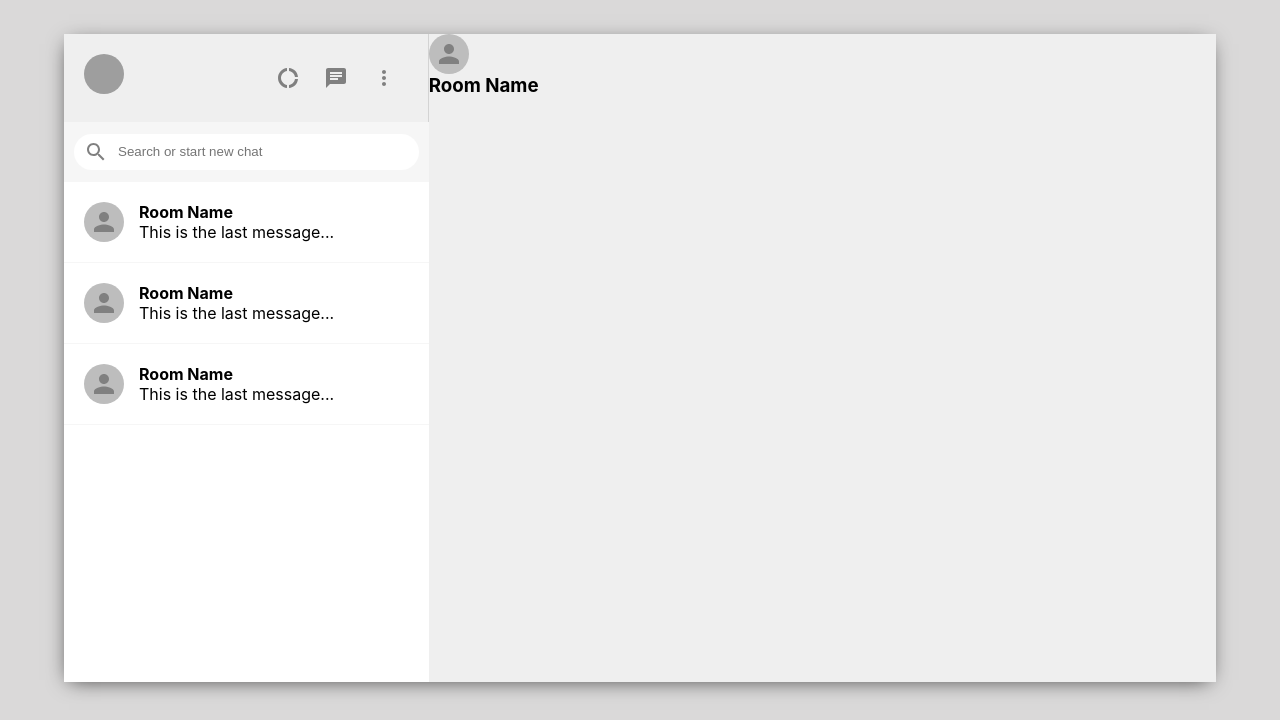
Repository: BogoGit/clone-whatsapp
Page: / (app in whatsapp-front/)
The author's editor kept a copy of each file at every save. The page is drawn from the files as they stood at one save, then again after the next save.
The browser window is 1280 px wide. The pictures show the whole page.
Pictures or frames that could not be fetched are drawn as grey boxes. The project was rebuilt for these pictures with package versions that can differ from the ones it lists, and the page was loaded fresh each time.

Above is the page before, as saved 2020-11-18 21:00:45.

After the next save:
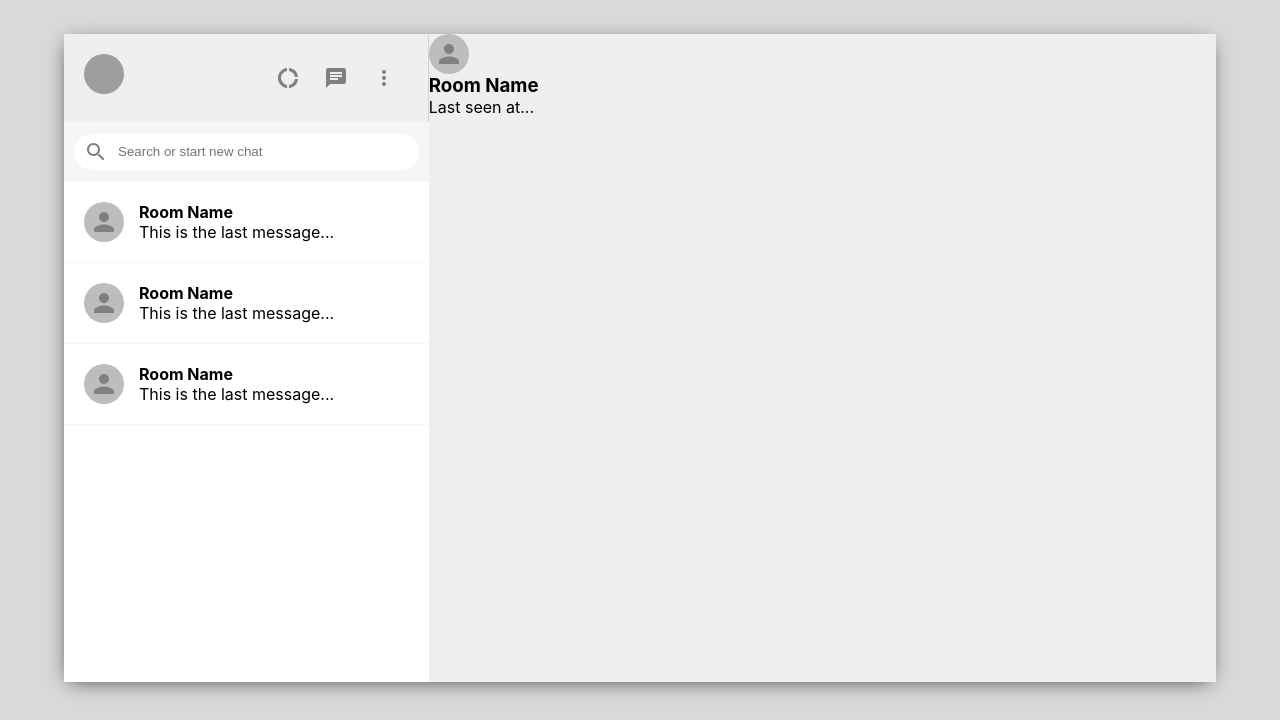
Saved 17 s later.
--- a/whatsapp-front/src/Components/Chat.js
+++ b/whatsapp-front/src/Components/Chat.js
@@ -8,6 +8,7 @@ const Chat = () => {
 				<Avatar />
 				<div className='chat__headerInfo'>
 					<h3>Room Name</h3>
+					<p>Last seen at...</p>
 				</div>
 			</div>
 		</div>
